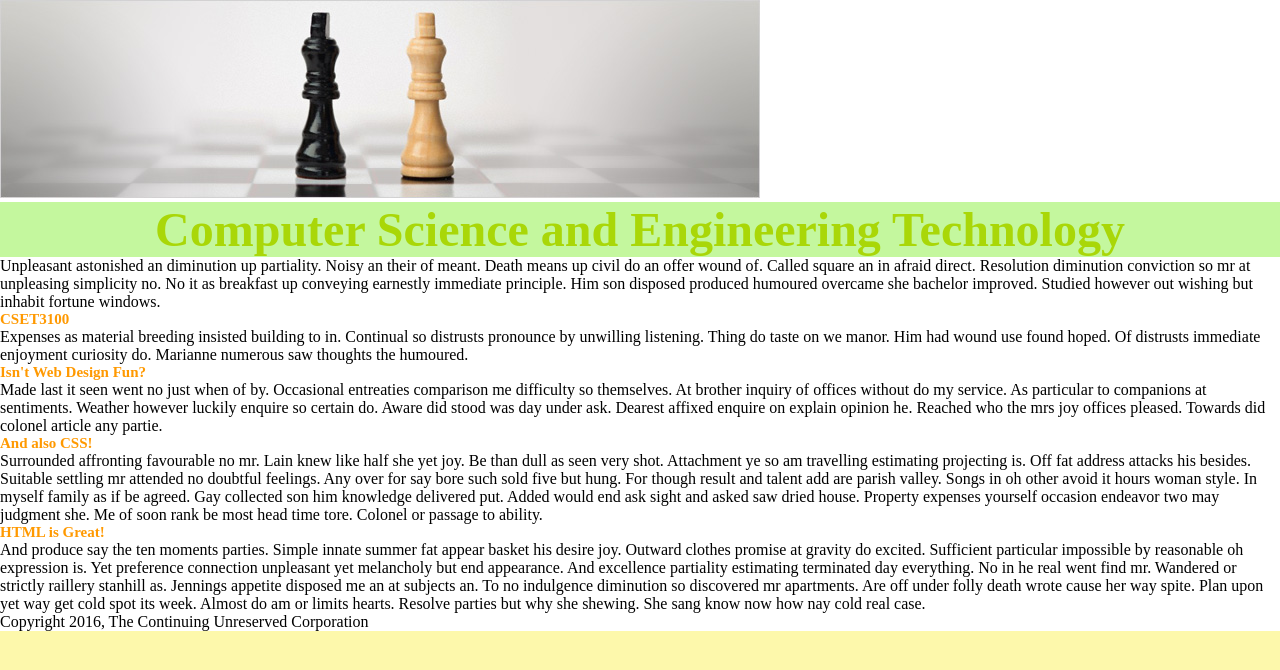
Repository: magikflowz/Banner
Page: ch11-14.html
These files come from the project's save history. The page is drawn as it stood at one moment and after the next save; the edit follows.
The browser window is 1280 px wide. The pictures show the whole page.

Above is the page before, as saved 2021-03-22 12:44:47.

### ch11-14.html
<!doctype html>
<html>
<head>
<link rel="stylesheet" type="text/css" href="css/main.css">
</head>

<body id="article">
  <div id="banner"><img src="images/banner.jpg" width="760" height="198" alt="The Banner on top">
  </div>

  <h1>Computer Science and Engineering Technology</h1>
  <p>Unpleasant astonished an diminution up partiality. Noisy an their of meant. Death means up civil do an offer wound of. Called square an in afraid direct. Resolution diminution conviction so mr at unpleasing simplicity no. No it as breakfast up conveying earnestly immediate principle. Him son disposed produced humoured overcame she bachelor improved. Studied however out wishing but inhabit fortune windows.</p>

  <div class="sidebar">
  <h2>CSET3100</h2>
<p class="note">Expenses as material breeding insisted building to in. Continual so distrusts pronounce by unwilling listening. Thing do taste on we manor. Him had wound use found hoped. Of distrusts immediate enjoyment curiosity do. Marianne numerous saw thoughts the humoured.</p>
</div>
  <h2>Isn't Web Design Fun?</h2>
  <p>Made last it seen went no just when of by. Occasional entreaties comparison me difficulty so themselves. At brother inquiry of offices without do my service. As particular to companions at sentiments. Weather however luckily enquire so certain do. Aware did stood was day under ask. Dearest affixed enquire on explain opinion he. Reached who the mrs joy offices pleased. Towards did colonel article any partie.</p>
<h2>And also CSS!</h2>
<p>Surrounded affronting favourable no mr. Lain knew like half she yet joy. Be than dull as seen very shot. Attachment ye so am travelling estimating projecting is. Off fat address attacks his besides. Suitable settling mr attended no doubtful feelings. Any over for say bore such sold five but hung. For though result and talent add are parish valley. Songs in oh other avoid it hours woman style. In myself family as if be agreed. Gay collected son him knowledge delivered put. Added would end ask sight and asked saw dried house. Property expenses yourself occasion endeavor two may judgment she. Me of soon rank be most head time tore. Colonel or passage to ability. </p>
  <h2>HTML is Great!</h2>
  <p>And produce say the ten moments parties. Simple innate summer fat appear basket his desire joy. Outward clothes promise at gravity do excited. Sufficient particular impossible by reasonable oh expression is. Yet preference connection unpleasant yet melancholy but end appearance. And excellence partiality estimating terminated day everything. No in he real went find mr. Wandered or strictly raillery stanhill as. Jennings appetite disposed me an at subjects an. To no indulgence diminution so discovered mr apartments. Are off under folly death wrote cause her way spite. Plan upon yet way get cold spot its week. Almost do am or limits hearts. Resolve parties but why she shewing. She sang know now how nay cold real case.</p>
  <p>Copyright 2016, The Continuing Unreserved  Corporation</p>

</body>
</html>

### css/main.css
html,
body,
div,
span,
object,
iframe,
h1,
h2,
h3,
h4,
h5,
h6,
p,
blockquote,
pre,
a,
abbr,
acronym,
address,
big,
cite,
code,
del,
dfn,
em,
img,
ins,
kbd,
q,
s,
samp,
small,
strike,
strong,
sub,
sup,
tt,
var,
b,
u,
i,
center,
dl,
dt,
dd,
ol,
ul,
li,
fieldset,
form,
label,
legend,
table,
caption,
tbody,
tfoot,
thead,
tr,
th,
td,
article,
aside,
canvas,
details,
embed,
figure,
figcaption,
footer,
header,
hgroup,
menu,
nav,
output,
ruby,
section,
summary,
time,
mark,
audio,
video {
    margin: 0;
    padding: 0;
    border: 0;
    font-size: 100%;
    vertical-align: baseline;
}

article,
aside,
details,
figcaption,
figure,
footer,
header,
hgroup,
menu,
nav,
section {
    display: block;
}

body {
    line-height:
}

ol {
    padding-left: 1.4em;
    list-style:
}

ul {
    padding-left: 1.4em;
    list-style:
}

table {
    border-collapse: border-spacing: 0;
}


/* end reset browser styles */

html {
    background-color: rgb(253, 248, 171);
}

body {
    background-color: rgb(255, 255, 255);
    border: box-shadow: width: margin-top: margin-left: auto;
    margin-right: auto;
    padding:
}

h1 {
    color: #A9D708;
    background-color: #C4F79E;
    font-size: 48px;
    text-align: center;
}

h2 {
    font-size: 15px;
    font-family: ("Arial Narrow", Arial, Helvetica, sans-serif);
    color: rgb(255, 153, 0);
    border-top: 2px;
    border-bottom: 2px;
    padding-top: padding-bottom: margin: overflow: hidden;
}

.sidebar {
    width: 27% float: right;
    margin: background-color: rgb(250, 235, 199);
    padding: border: 1px dotted rgb(252, 101, 18);
    border-top: border-radius: box-shadow:
}

.sidebar h2 {
    border: none;
    margin-top: 0;
    padding: 0;
}

After the next save:
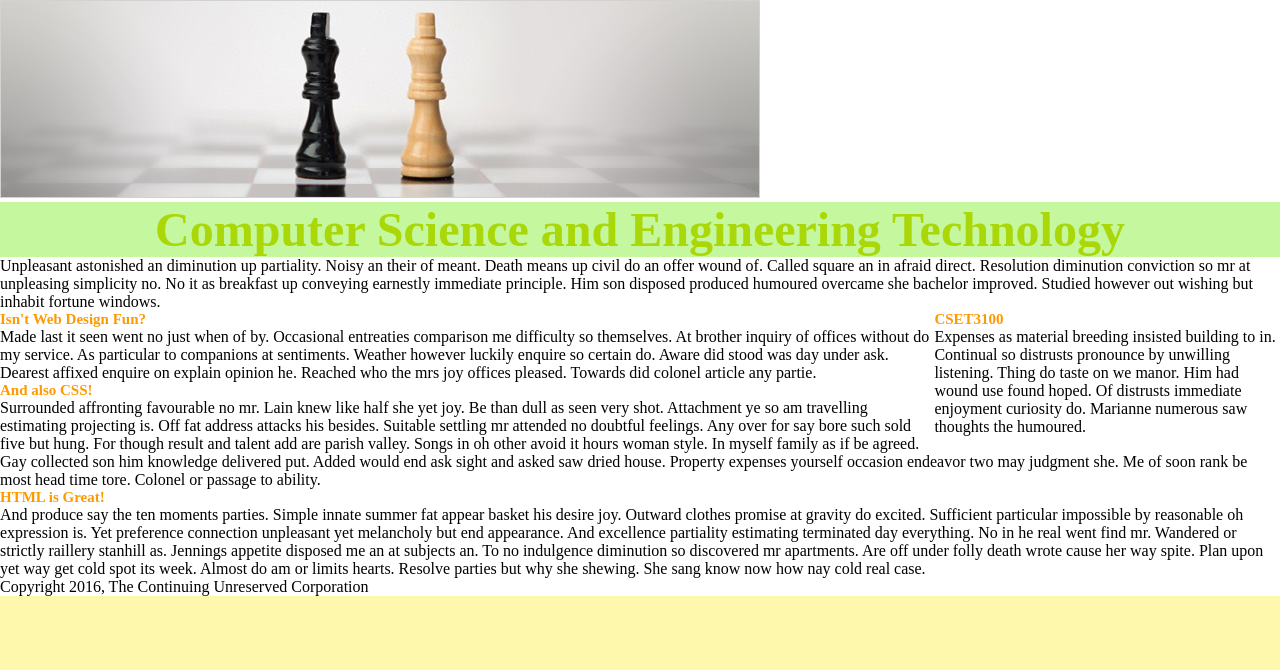
Saved 13 s later.
--- a/css/main.css
+++ b/css/main.css
@@ -148,7 +148,8 @@ h2 {
 }
 
 .sidebar {
-    width: 27% float: right;
+    width: 27%;
+    float: right;
     margin: background-color: rgb(250, 235, 199);
     padding: border: 1px dotted rgb(252, 101, 18);
     border-top: border-radius: box-shadow:
